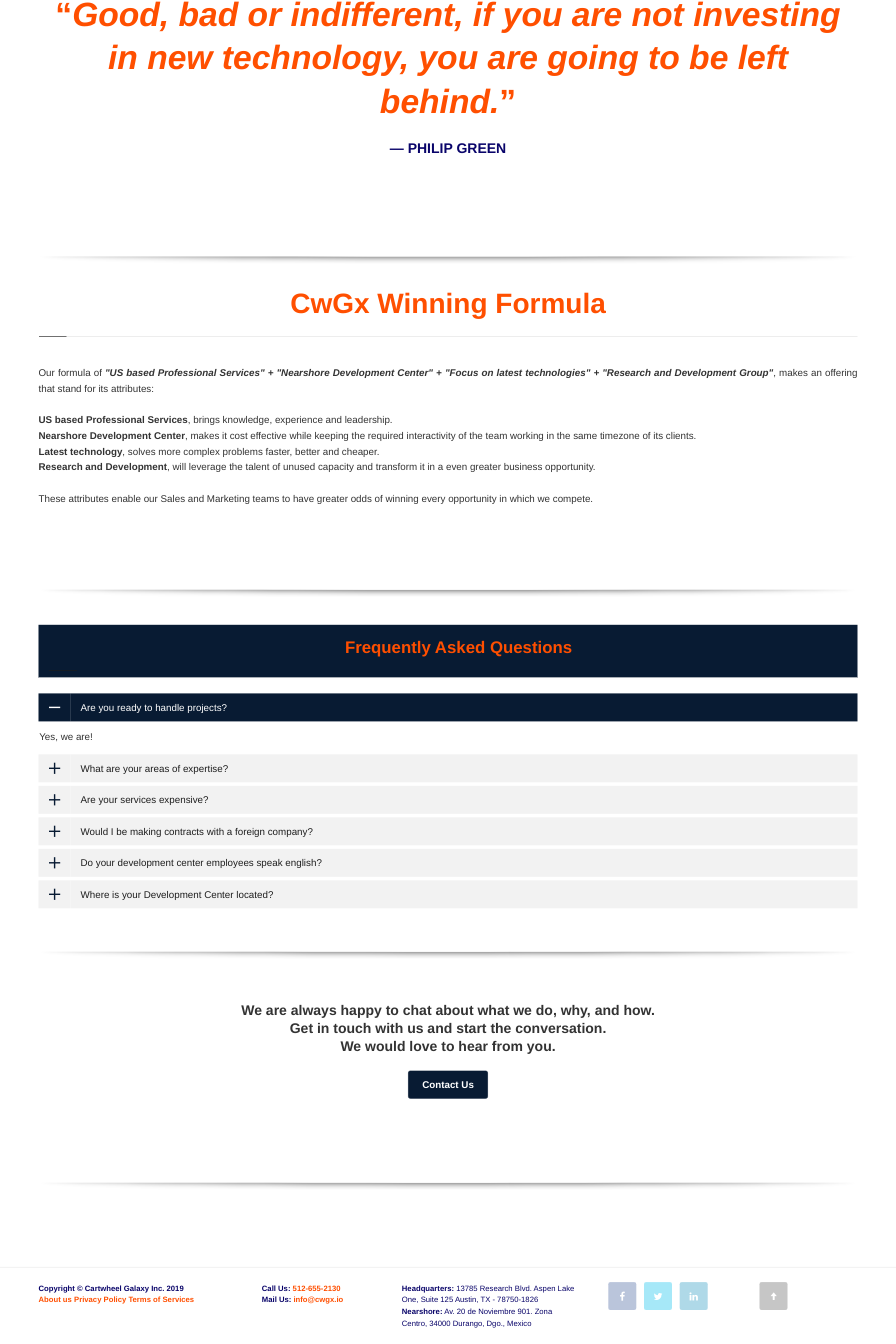
Repository: g-tecio/cwgx.io
Page: index.html
The author's editor kept a record of every edit. The page is drawn from the files as they stood at one moment, then again after the next edit.
The browser window is 1280 px wide. The pictures show the part of the page from y = 2341 to 4261 px (the page is 4261 px tall before and 4181 px after), at 70% of full size.

Above is the page before.

After the next edit:
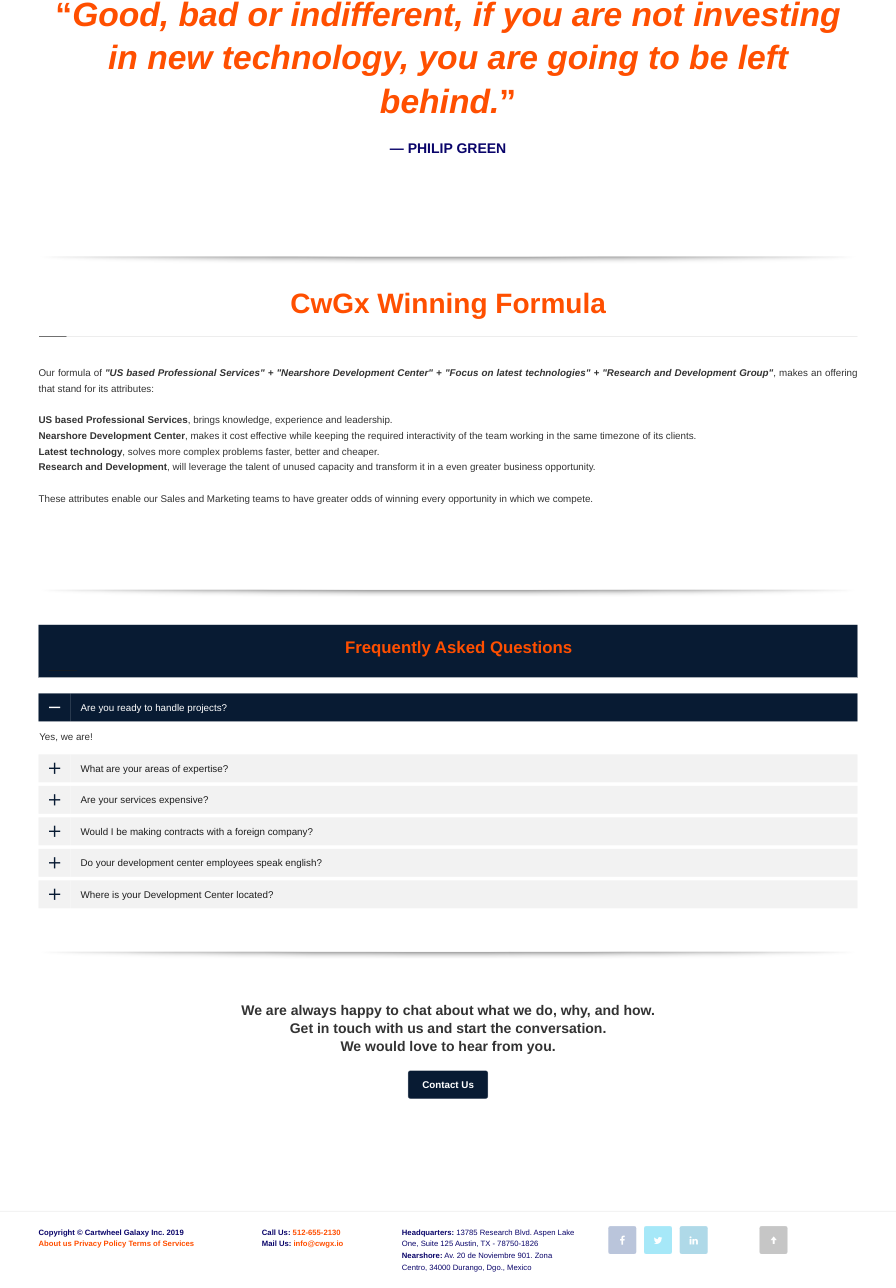
The edit:
--- a/index.html
+++ b/index.html
@@ -388,7 +388,6 @@
 							<a href="contact.html" class="btn btn-default">Contact Us</a>
 						</div>
 					</div>
-					<hr class="shadow">
 
 				</article>
 			</section>
